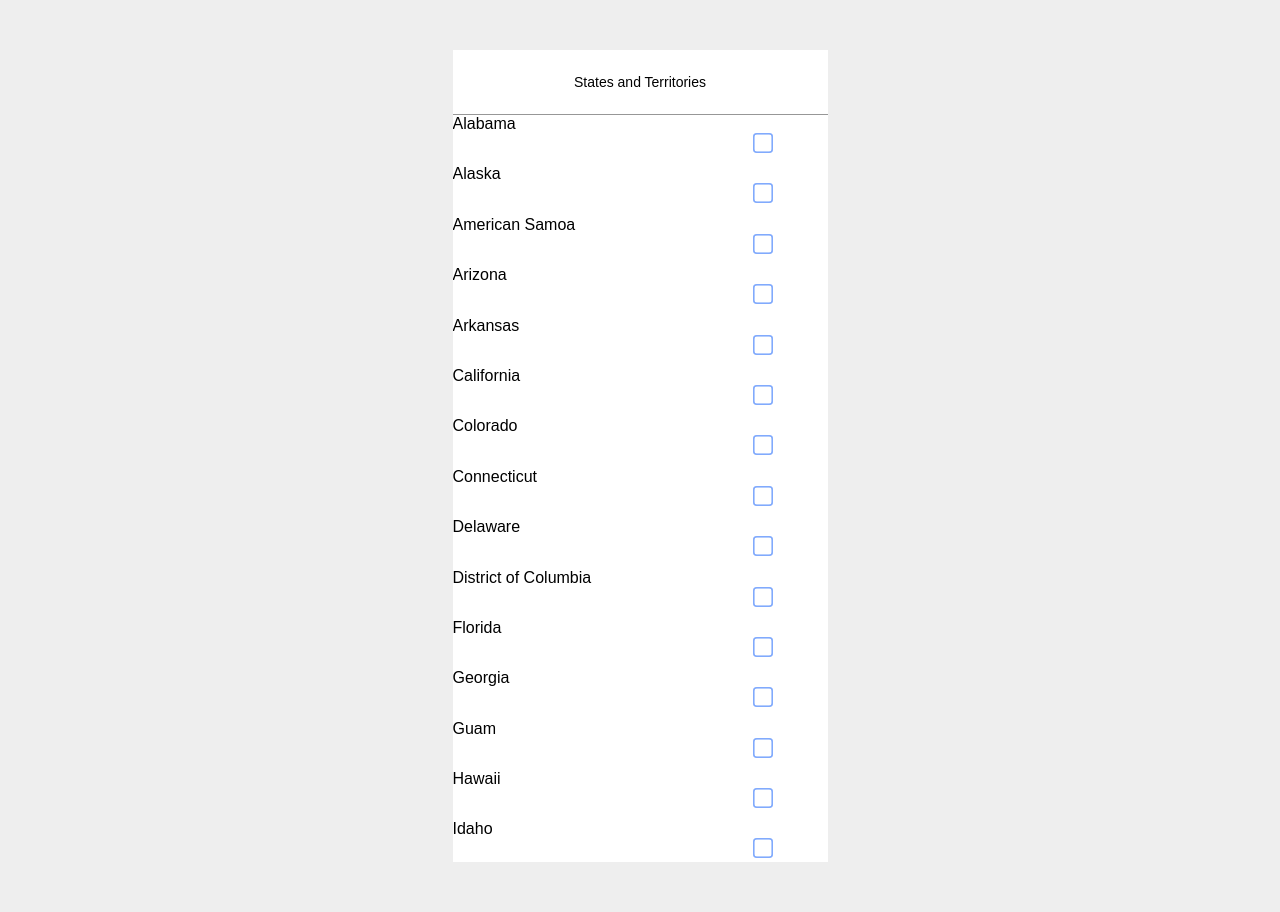
Repository: zitac234/codingTest
Page: /
The author's editor kept a copy of each file at every save. The page is drawn from the files as they stood at one save, then again after the next save.
The browser window is 1280 px wide. The pictures show the whole page.
The project was rebuilt for these pictures with package versions that can differ from the ones it lists, and the page was loaded fresh each time.

Above is the page before, as saved 2021-03-31 15:13:05.

### src/index.css
body {
  margin: 0;
  font-family: 'Arial', sans-serif;
  -webkit-font-smoothing: antialiased;
  -moz-osx-font-smoothing: grayscale;
  background-color: #eee;
}

### src/Header.js
import "./Header.css";

export function Header() {
  return (
    <header className="header">
      <span className="title">States and Territories</span>
    </header>
  );
}

### src/List.js
import { Fragment } from "react";
import { Checkbox } from "./Checkbox";
import "./List.css";
export function List(props) {
  return (
    <div className="list">
      {props.items.map((item) => (
        <Fragment key={item}>
          <div className='state'>
          {item} <div className='checkbox'><Checkbox/></div><br />
          {/* You also have <Checkbox selected={false} /> */}
          </div>
          </Fragment>
      ))}
    </div>
  );
}

### src/_data.js
export const data = [
  "Alabama",
  "Alaska",
  "American Samoa",
  "Arizona",
  "Arkansas",
  "California",
  "Colorado",
  "Connecticut",
  "Delaware",
  "District of Columbia",
  "Florida",
  "Georgia",
  "Guam",
  "Hawaii",
  "Idaho",
  "Illinois",
  "Indiana",
  "Iowa",
  "Kansas",
  "Kentucky",
  "Louisiana",
  "Maine",
  "Maryland",
  "Massachusetts",
  "Michigan",
  "Minnesota",
  "Mississippi",
  "Missouri",
  "Montana",
  "Nebraska",
  "Nevada",
  "New Hampshire",
  "New Jersey",
  "New Mexico",
  "New York",
  "North Carolina",
  "North Dakota",
  "Northern Mariana Islands",
  "Ohio",
  "Oklahoma",
  "Oregon",
  "Pennsylvania",
  "Puerto Rico",
  "Rhode Island",
  "South Carolina",
  "South Dakota",
  "Tennessee",
  "Texas",
  "Utah",
  "Vermont",
  "Virgin Islands",
  "Virginia",
  "Washington",
  "West Virginia",
  "Wisconsin",
  "Wyoming"
]

### src/Header.css
.header {
  width: 100%;
  font-size: 14px;
  display: flex;
  border-bottom: 1px solid #979797;
}

.title {
  line-height: 24px;
  margin: 20px auto;
}

### src/Checkbox.js
import selected from "./Checkbox-Filled.svg";
import unselected from "./Checkbox-Empty.svg";

export function Checkbox(props) {
  return (
    <img
      width={20}
      height={20}
      src={props.selected ? selected : unselected}
      alt={`Checkbox ${selected ? "selected" : "unselected"}`}
    />
  );
}

### src/List.css
.list {
  flex: 1;
  overflow: auto;
}
.state{
  height: 7vh;
  /* margin: 2vh 0vh  0vh 2vh; */
}
.checkbox{
  margin-left: 80%;
  margin-bottom: 2vh;
}

Loaded but not shown: public/index.html (common file); src/index.js (common file); src/App.js (common file); src/App.css (common file)

After the next save:
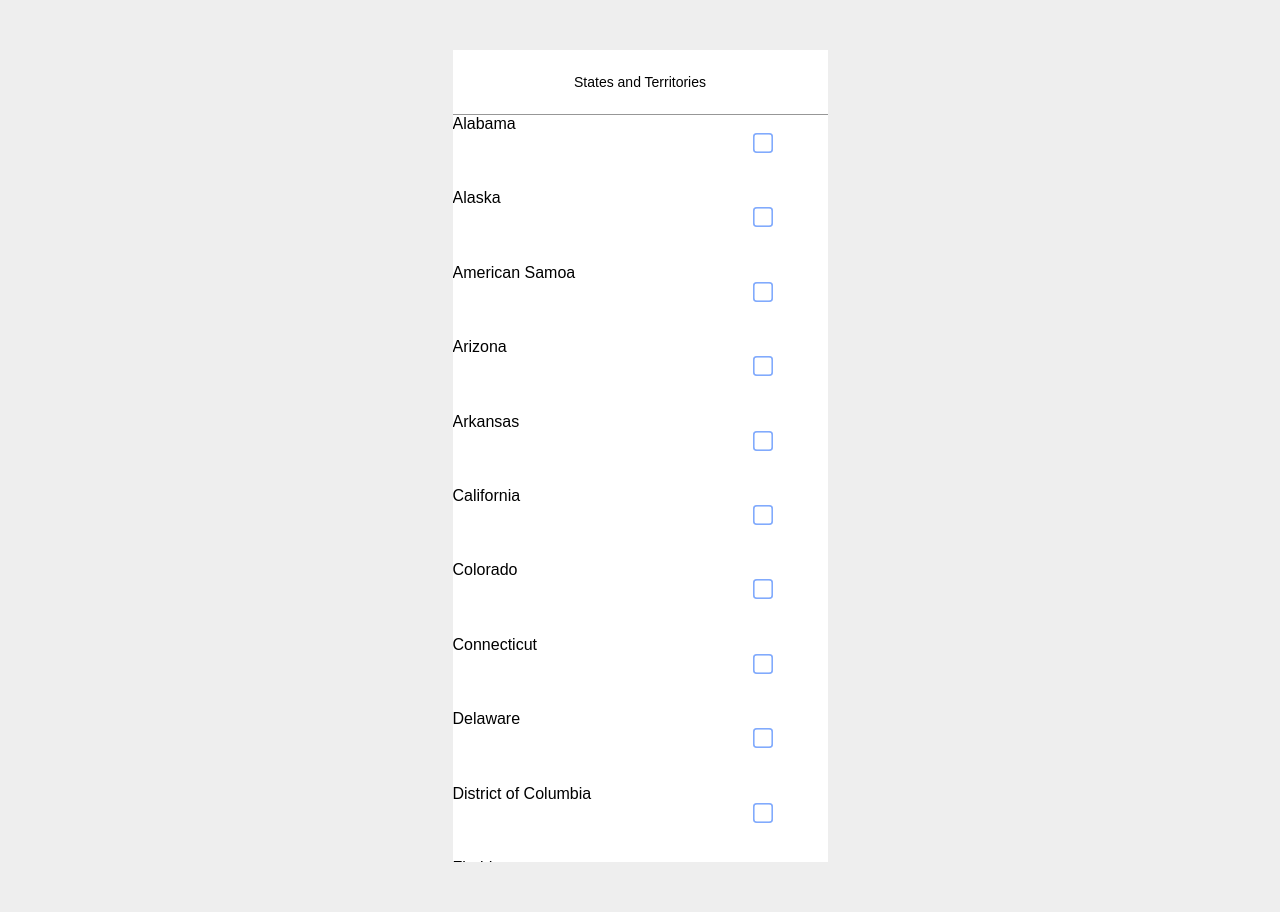
Saved 22 s later.
--- a/src/List.js
+++ b/src/List.js
@@ -6,7 +6,7 @@ export function List(props) {
     <div className="list">
       {props.items.map((item) => (
         <Fragment key={item}>
-          <div className='state'>
+          <div className='line'>
           {item} <div className='checkbox'><Checkbox/></div><br />
           {/* You also have <Checkbox selected={false} /> */}
           </div>

After the save that followed:
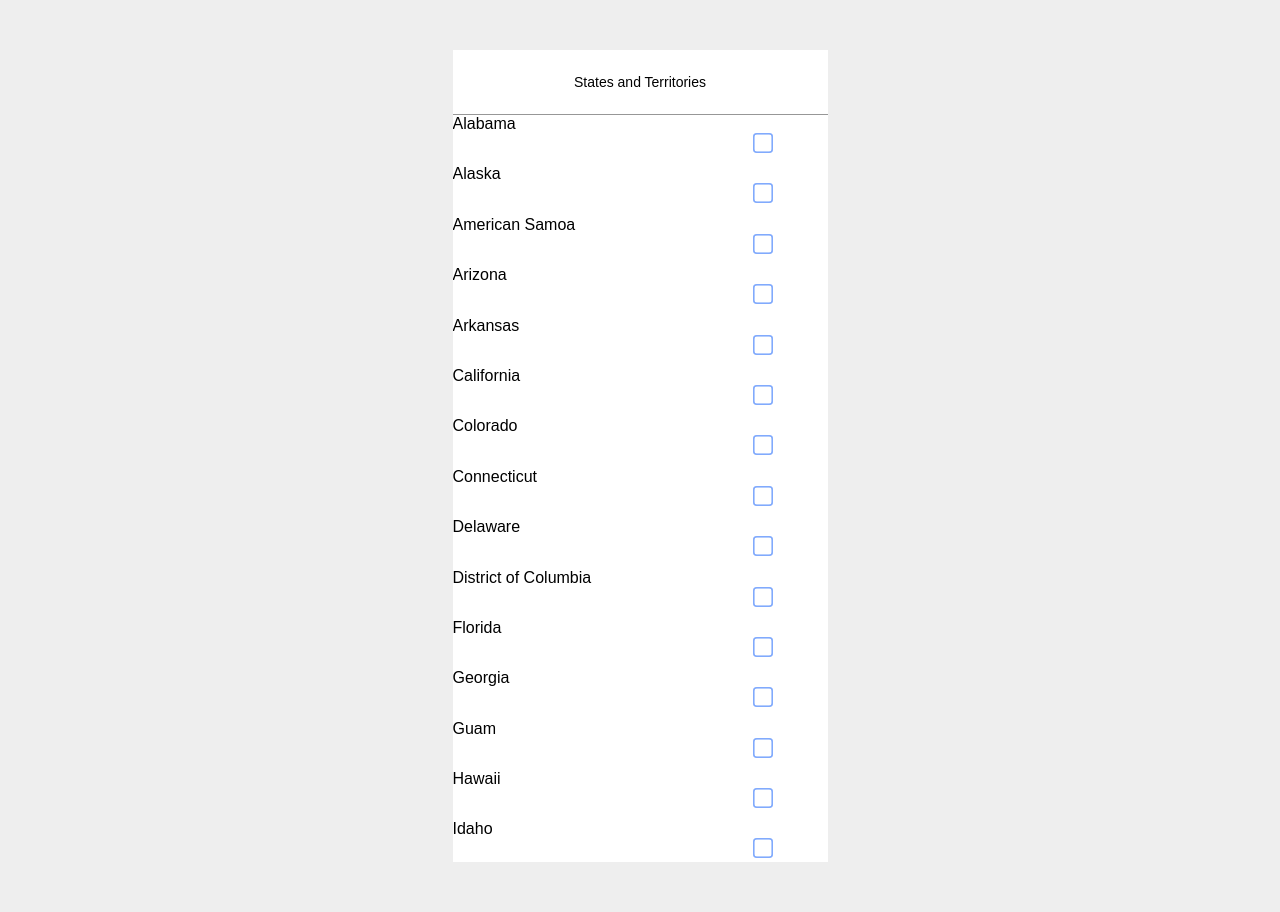
Saved 7 s later.
--- a/src/List.css
+++ b/src/List.css
@@ -2,7 +2,7 @@
   flex: 1;
   overflow: auto;
 }
-.state{
+.line{
   height: 7vh;
   /* margin: 2vh 0vh  0vh 2vh; */
 }
